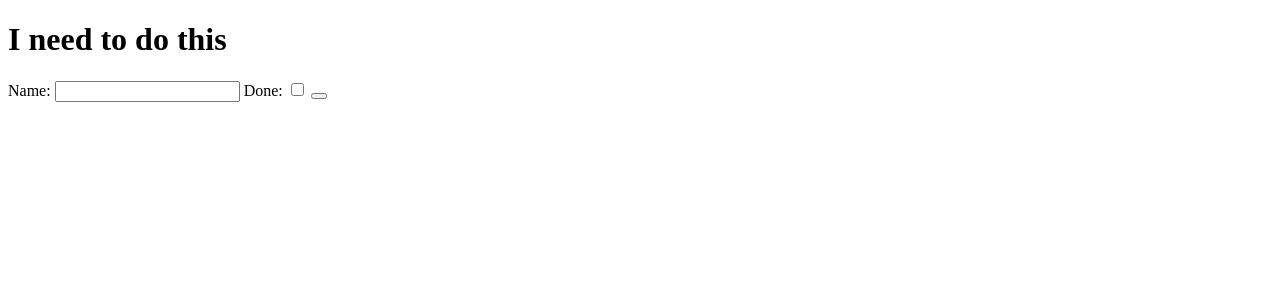
Repository: ai-ionascu/todo_list_django_app
Page: http://localhost/add
The author's editor kept a record of every edit. The page is drawn from the files as they stood at one moment, then again after the next edit.
The browser window is 1280 px wide. The pictures show the whole page.
The page is served by the project's application, run on Django 2.2 (manage.py). Other server files are loaded and not shown.

Above is the page before.

### todo/views.py
from django.shortcuts import render, HttpResponse, redirect, get_object_or_404
from .models import Item
from .forms import ItemForm

# Create your views here.

def get_todo_list(request):
    results = Item.objects.all()
    return render(request, "todo_list.html", {'items': results})

def create_an_item(request):
    if request.method == 'POST':
        form=ItemForm(request.POST, request.FILES)
        if form.is_valid:
            form.save()
            return redirect(get_todo_list)
    else:
        form=ItemForm()
    return render(request, 'item_form.html', {'form': form})

def edit_an_item(request,id):
    item = get_object_or_404(Item, pk=id)

    if request.method == 'POST':
        form = ItemForm(request.POST, instance=item)
        if form.is_valid:
            form.save()
            return redirect(get_todo_list)

    else:
        form = ItemForm(instance=item)

    return render(request, 'item_form.html', {'form': form})

def toggle_status(request, id):
    item = get_object_or_404(Item, pk=id)
    item.done = not item.done
    item.save()
    return redirect(get_todo_list)

### todo/templates/item_form.html
<!DOCTYPE html>
<html lang="en">
<head>
    <meta charset="UTF-8">
    <meta name="viewport" content="width=device-width, initial-scale=1.0">
    <meta http-equiv="X-UA-Compatible" content="ie=edge">
    <title>Document</title>
</head>
<body>

    <h1>I need to do this</h1>

    <form method='POST'>
        <label for="id_name">Name:</label>
        <input type="text" id='id_name' name="name"/>
        <label for="id_done">Done:</label>
        <input type="checkbox" id='id_done' name="done"/>
        <button></button>
    </form>

</body>
</html>

### todo/forms.py
from django import forms
from .models import Item

class ItemForm(forms.ModelForm):
    class Meta:
        model = Item
        fields = ('name', 'done')

### todo/models.py
from django.db import models

# Create your models here.

class Item(models.Model):

    name = models.CharField(max_length=30, blank=False)
    done = models.BooleanField(blank=False, default=False)

    def __str__(self):
        return self.name

### django_todo/urls.py
"""django_todo URL Configuration

The `urlpatterns` list routes URLs to views. For more information please see:
    https://docs.djangoproject.com/en/1.11/topics/http/urls/
Examples:
Function views
    1. Add an import:  from my_app import views
    2. Add a URL to urlpatterns:  url(r'^$', views.home, name='home')
Class-based views
    1. Add an import:  from other_app.views import Home
    2. Add a URL to urlpatterns:  url(r'^$', Home.as_view(), name='home')
Including another URLconf
    1. Import the include() function: from django.conf.urls import url, include
    2. Add a URL to urlpatterns:  url(r'^blog/', include('blog.urls'))
"""
from django.conf.urls import url
from django.contrib import admin
from todo.views import get_todo_list, create_an_item, edit_an_item, toggle_status

urlpatterns = [
    url(r'^admin/', admin.site.urls),
    url(r'^$', get_todo_list),
    url(r'^add$', create_an_item),
    url(r'^edit/(?P<id>\d+)$', edit_an_item),
    url(r'^toggle/(?P<id>\d+)$', toggle_status)
]

After the next edit:
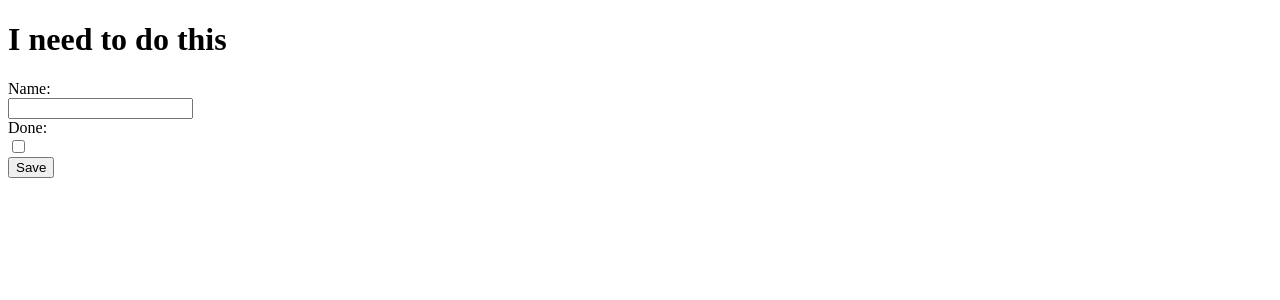
The edit:
--- a/todo/templates/item_form.html
+++ b/todo/templates/item_form.html
@@ -11,11 +11,11 @@
     <h1>I need to do this</h1>
 
     <form method='POST'>
-        <label for="id_name">Name:</label>
-        <input type="text" id='id_name' name="name"/>
-        <label for="id_done">Done:</label>
-        <input type="checkbox" id='id_done' name="done"/>
-        <button></button>
+        <label for="id_name">Name:</label><br>
+        <input type="text" id='id_name' name="name"/><br>
+        <label for="id_done">Done:</label><br>
+        <input type="checkbox" id='id_done' name="done"/><br>
+        <button type='submit'>Save</button>
     </form>
 
 </body>
